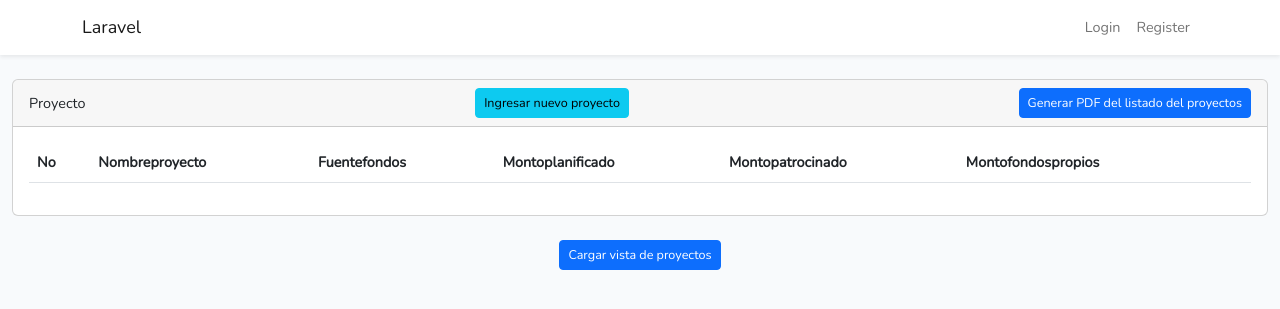
Repository: Hellcat98/Practica_laravel_alfredo
Page: http://localhost/proyecto
The author's editor kept a copy of each file at every save. The page is drawn from the files as they stood at one save, then again after the next save.
The browser window is 1280 px wide. The pictures show the whole page.
The page is served by the project's Laravel application, run on PHP 8.4 with Laravel 10. Style sheets and scripts are compiled from the project's sources, by tool versions that may differ from the author's. Queries for data that is not in the repository find no rows.

Above is the page before, as saved 2023-06-11 17:41:20.

After the next save:
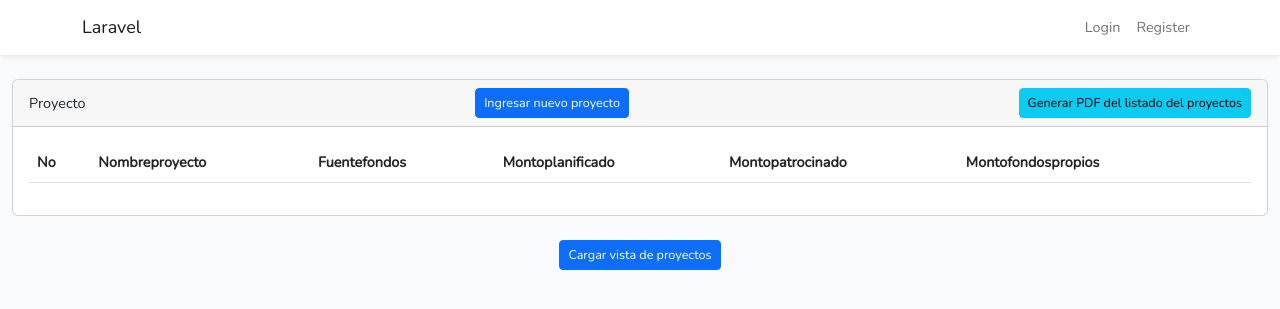
Saved 36 s later.
--- a/resources/views/proyecto/index.blade.php
+++ b/resources/views/proyecto/index.blade.php
@@ -17,12 +17,12 @@
                             </span>
 
                              <div class="float-right">
-                                <a href="{{ route('proyecto.create') }}" class="btn btn-info btn-sm float-right"  data-placement="left">
+                                <a href="{{ route('proyecto.create') }}" class="btn btn-primary btn-sm float-right"  data-placement="left">
                                   {{ __('Ingresar nuevo proyecto') }}
                                 </a>
                               </div>
                               <div class="float-right">
-                                <a href="{{ route('descargar-pdf') }}" class="btn btn-primary btn-sm float-right"  data-placement="left">
+                                <a href="{{ route('descargar-pdf') }}" class="btn btn-info btn-sm float-right"  data-placement="left">
                                   {{ __('Generar PDF del listado del proyectos') }}
                                 </a>
                               </div>
